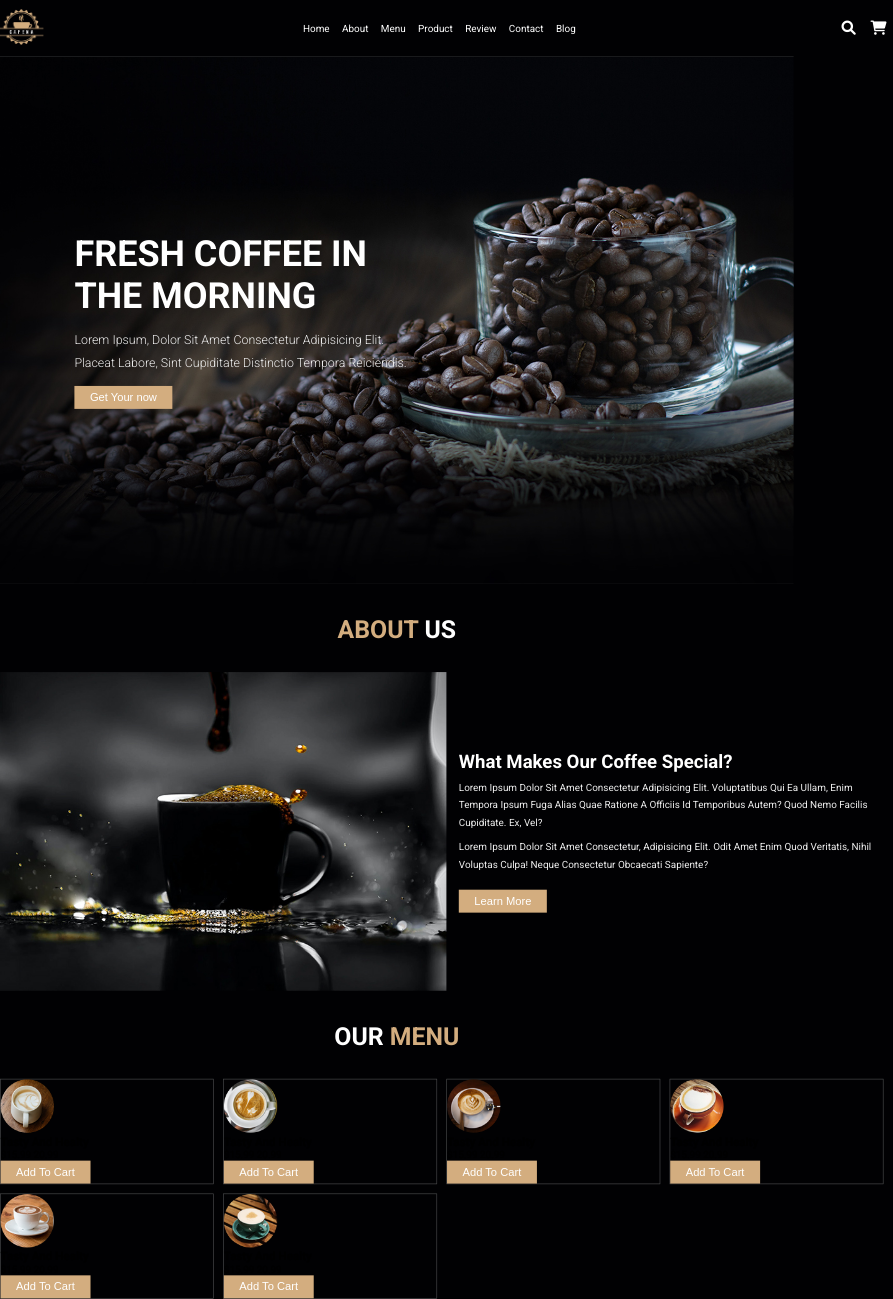
Repository: Dinhthai303/DinhThai
Page: index.html
The author's editor kept a copy of each file at every save. The page is drawn from the files as they stood at one save, then again after the next save.
The browser window is 1280 px wide. The page is 1440 px wide, so the pictures cover 1440 px, including what lies to the right of the window. The pictures show the whole page, at 62% of full size.

Above is the page before, as saved 2021-11-28 00:35:19.

After the next save:
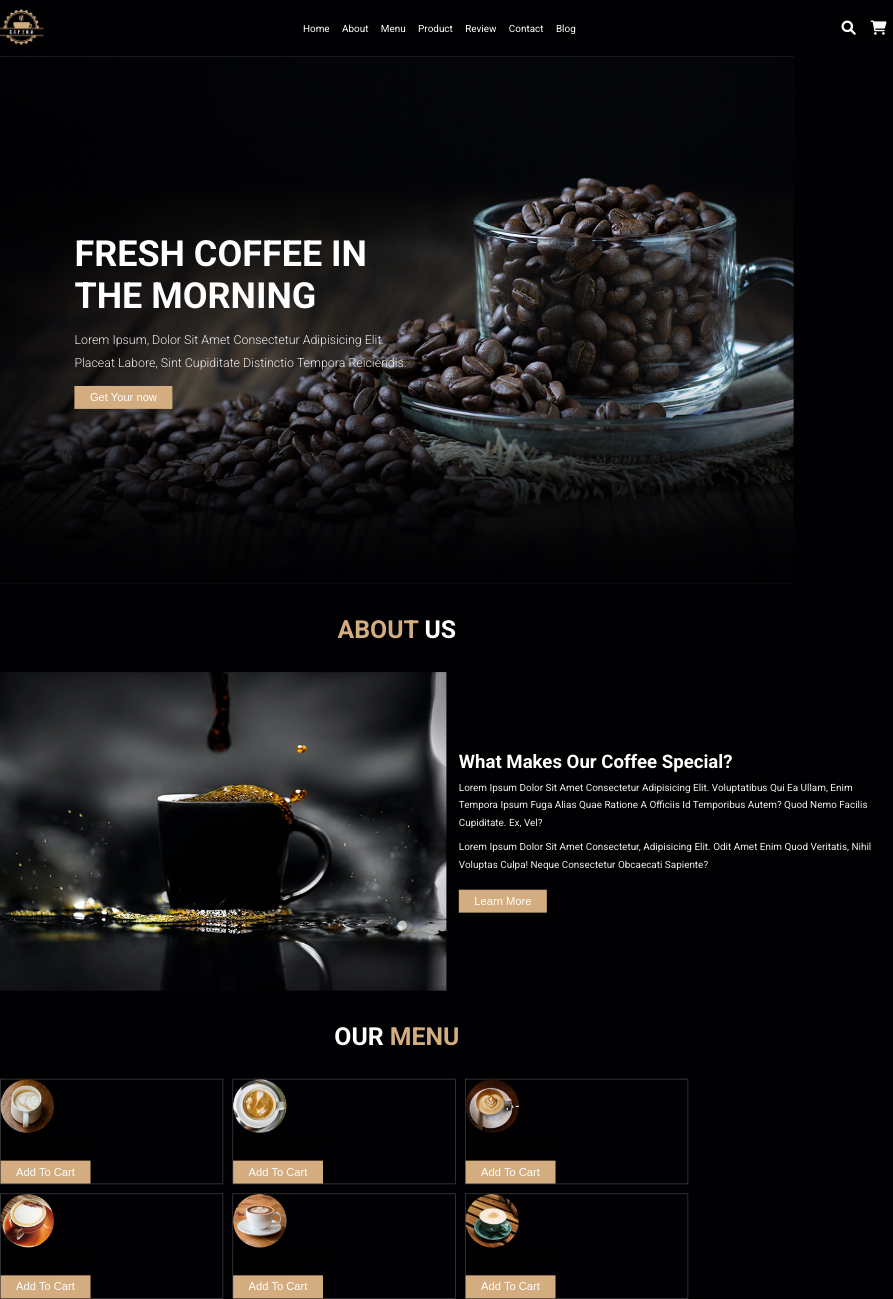
Saved 5 s later.
--- a/css/style.css
+++ b/css/style.css
@@ -145,6 +145,6 @@
     gap: 15px;
 }
 .menu__item{
-    width: calc(25% - 15px);
+    width: calc(25%);
     border: 1px solid #4D4E4F;
 }

After the 3 saves that followed:
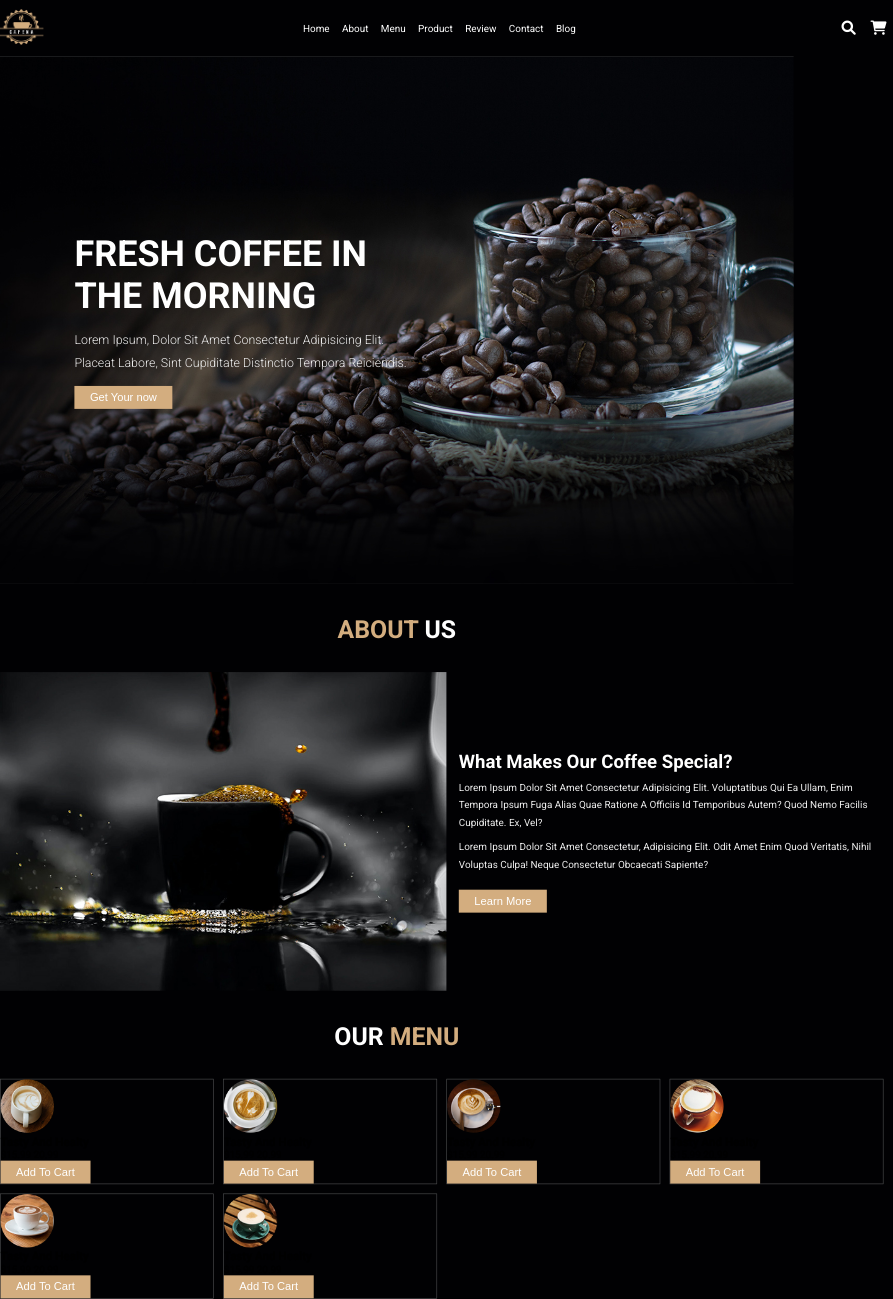
The 3 saves are shown as one change because they came seconds apart.
The last was saved 11 s later.
--- a/css/style.css
+++ b/css/style.css
@@ -145,6 +145,6 @@
     gap: 15px;
 }
 .menu__item{
-    width: calc(25%);
+    width: calc(25% - 15px);
     border: 1px solid #4D4E4F;
 }
